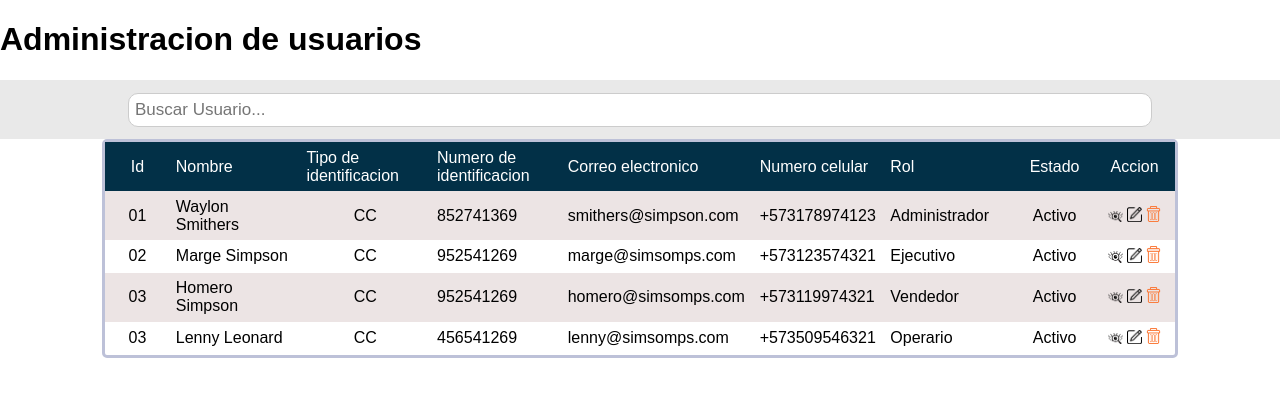
Repository: AlexanderBarona/Proyecto_Ciclo3_Mintic
Page: PaginaWeb/pages/admin_user.html
These files come from the project's save history. The page is drawn as it stood at one moment and after the next save; the edit follows.
The browser window is 1280 px wide. The pictures show the whole page.

Above is the page before, as saved 2021-09-30 14:26:48.

### PaginaWeb/pages/admin_user.html
<!DOCTYPE html>
<html>

   <head>
      <title>Administracion de Usuarios</title>
      <link href="../css/style.css" rel="stylesheet" type="text/css">
      <link href="../css/admin_user.css" rel="stylesheet" type="text/css">
   </head>
   <body class="admin_user">
      <header>
         <h1>Administracion de usuarios</h1>
      </header>
      <main>
        <div class="TopBar">
            <div class="Search ">
                <input type="text" placeholder="Buscar Usuario...">
            </div>

        </div>

        <div class="table_principal">
            <table class="table_entity">

              <tbody class="table_body" >

                  <tr class="table_header" >

                    <td class="table_cell center">Id</td>
                    <td class="table_cell">Nombre</td>
                    <td class="table_cell">Tipo de identificacion</td>
                    <td class="table_cell">Numero de identificacion</td>
                    <td class="table_cell">Correo electronico</td>
                    <td class="table_cell">Numero celular</td>
                    <td class="table_cell">Rol</td>
                    <td class="table_cell center">Estado</td>
                    <td class="table_cell center">Accion</td>

                  </tr>

                  <tr >
                    <td class="table_cell center">01</td>
                    <td class="table_cell">Waylon Smithers</td>
                    <td class="table_cell center">CC</td>
                    <td class="table_cell">852741369</td>
                    <td class="table_cell">smithers@simpson.com</td>
                    <td class="table_cell">+573178974123</td>
                    <td class="table_cell">Administrador</td>
                    <td class="table_cell center">Activo</td>
                    <td class="table_cell center">
                      <div class="icon_container">
                        <nav>
                          <a href="icon_table">
                            <img class="icon_cell" src="../images/IconRead.ico">
                          </a>
                          <a href="icon_table">
                            <img class="icon_cell" src="../images/IconUpdate.ico">
                          </a>
                          <a href="icon_table">
                            <img class="icon_cell" src="../images/IconDelete.ico">
                          </a>
                        </nav>
                    </div>

                    </td>
                  </tr>

                <tr >
                  <td class="table_cell center">02</td>
                  <td class="table_cell">Marge Simpson</td>
                  <td class="table_cell center">CC</td>
                  <td class="table_cell">952541269</td>
                  <td class="table_cell">marge@simsomps.com</td>
                  <td class="table_cell">+573123574321</td>
                  <td class="table_cell">Ejecutivo</td>
                  <td class="table_cell center">Activo</td>
                  <td class="table_cell center">
                    <div class="icon_container ">
                      <nav>
                        <a href="icon_table">
                          <img class="icon_cell" src="../images/IconRead.ico">
                        </a>
                        <a href="icon_table">
                          <img class="icon_cell" src="../images/IconUpdate.ico">
                        </a>
                        <a href="icon_table">
                          <img class="icon_cell" src="../images/IconDelete.ico">
                        </a>
                      </nav>
                  </div>
                  </td>
                </tr>

                <tr >
                    <td class="table_cell center">03</td>
                    <td class="table_cell">Homero Simpson</td>
                    <td class="table_cell center">CC</td>
                    <td class="table_cell">952541269</td>
                    <td class="table_cell">homero@simsomps.com</td>
                    <td class="table_cell">+573119974321</td>
                    <td class="table_cell">Vendedor</td>
                    <td class="table_cell center">Activo</td>
                    <td class="table_cell center">

                                    <div class="icon_container">
                                        <nav>
                                          <a href="icon_table">
                                            <img class="icon_cell" src="../images/IconRead.ico">
                                          </a>
                                          <a href="icon_table">
                                            <img class="icon_cell" src="../images/IconUpdate.ico">
                                          </a>
                                          <a href="icon_table">
                                            <img class="icon_cell" src="../images/IconDelete.ico">
                                          </a>
                                        </nav>
                                    </div>


                    </td>
                </tr>
                <tr >
                    <td class="table_cell center">03</td>
                    <td class="table_cell">Lenny Leonard</td>
                    <td class="table_cell center">CC</td>
                    <td class="table_cell">456541269</td>
                    <td class="table_cell">lenny@simsomps.com</td>
                    <td class="table_cell">+573509546321</td>
                    <td class="table_cell">Operario</td>
                    <td class="table_cell center">Activo</td>
                    <td class="table_cell center">
                      <div class="icon_container">
                        <nav>
                          <a href="icon_table">
                            <img class="icon_cell" src="../images/IconRead.ico">
                          </a>
                          <a href="icon_table">
                            <img class="icon_cell" src="../images/IconUpdate.ico">
                          </a>
                          <a href="icon_table">
                            <img class="icon_cell" src="../images/IconDelete.ico">
                          </a>
                        </nav>
                    </div>
                    </td>
                </tr>
              </tbody>
            </table>
        </div>
      </main>
      <footer>
      </footer>
   </body>
</html>

### PaginaWeb/css/style.css
* {
  box-sizing: border-box;
}

body {
  margin: 0;
  font-family: Arial, Helvetica, sans-serif;
}

### PaginaWeb/css/admin_user.css
/* css barra busqueda*/
@media screen and (max-width: 600px) {
  .Search a,
  .Search input[type="text"] {

    display: block;
    text-align: left;
    width: 100%;
    margin: 0 auto;
    padding: 14px;
    align-items: center;
  }
}

.admin_user .Search {
   overflow: hidden;
   background-color: #e9e9e9;
   display: block;
   width: 100%;
   text-align: center;
  }

.Search a {

    display: block;
    color: black;
    text-align: center;
    padding: 14px 16px;
    text-decoration: none;
    font-size: 17px;
  }

  .Search a:hover {
    background-color: #ddd;
    color: black;
  }

  .Search a.active {
    background-color: #9dcaf0;
    color: white;
  }

  .Search input[type="text"] {
    float: center;
    border-radius: 10px;
    border: 1px solid rgb(174, 204, 218);
    padding: 6px;
    margin-top: 1%;
    margin-right: 2%;
    margin-left: 2%;
    margin-bottom: 1%;
    font-size: 17px;
    width: 80%;
  }
  .Search input[type="text"] {
    border: 1px solid #ccc;
  }

 /* css tabla*/

  .table_entity {
    table-layout: fixed;
    width: 84%;
    margin: 0 auto;
    border-collapse: separate;
    border-spacing: 0px;
    border-radius: 5px;
    border: 3px solid rgb(189, 193, 216);

  }

  .table_entity td:first-child {
    width: 4em;
  }
  .table_entity td:nth-child(35) {
    width: 4em;
  }
  .table_entity td:nth-child(5) {
    width: 12em;
  }
  .table_entity td:nth-child(8) {
    width: 5em;

  }
  .table_entity td:nth-child(9) {
    width: 5em;
  }




  .table_header {
    background-color: #023047;
    color: #fff;

  }

  .table_entity tr:nth-child(even) {
  background-color: #ece4e4;
}

.table_entity .center {
  text-align: center;
}
/* css tabla perfiles*/
.table_entity2 {
  table-layout: fixed;
  width: 84%;
  margin: 0 auto;
  border-collapse: separate;
  border-spacing: 0px;
  border-radius: 5px;
  border: 3px solid rgb(189, 193, 216);

}

.table_entity2 td:first-child {
  width: 4em;
}

.table_entity2 td:nth-child(2) {
  width: 16em;
}


.table_entity2 td:nth-child(6) {
  width: 4.5em;

}


.table_entity2 tr:nth-child(even) {
background-color: #ece4e4;
}

.table_entity2 .center {
  text-align: center;
}

  th, td {

      word-wrap: break-word;
      padding: 0.4em;
      margin: 0em;
  }
  /* iconos */
  .icon_cell {

    height: 28%;
    width: 22%;
    margin: 0 auto 0 0;


}

.icon_container a , .icon_container a:visited {


  text-decoration: none;

}
/* css checkbox */

.checkbox_container input[type="checkbox"]  {
  content: "";
  width: 2em;
  height: 2em;
  border: 4px solid #bf810f;
  float: left;
  margin: 0 auto 0 0;
  border-right: 0;
  border-top: 0;


}
.checkbox_container input[type="checkbox"]:checked   {
  content: "";
  width: 2.2em;
  height: 2.2em;
  border: 4px solid #bf810f;
  color: #bf810f;
  background-color:#bf810f ;
  float: left;
  margin: 0 auto 0 0;
  border-right: 0;
  border-top: 0;

}

After the next save:
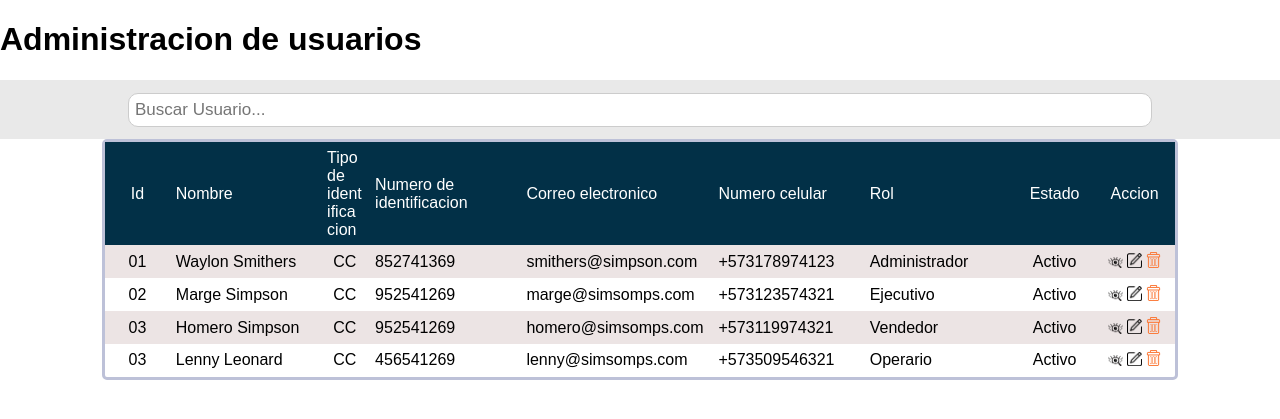
Saved 12 s later.
--- a/PaginaWeb/css/admin_user.css
+++ b/PaginaWeb/css/admin_user.css
@@ -72,8 +72,8 @@
   .table_entity td:first-child {
     width: 4em;
   }
-  .table_entity td:nth-child(35) {
-    width: 4em;
+  .table_entity td:nth-child(3) {
+    width: 3em;
   }
   .table_entity td:nth-child(5) {
     width: 12em;
